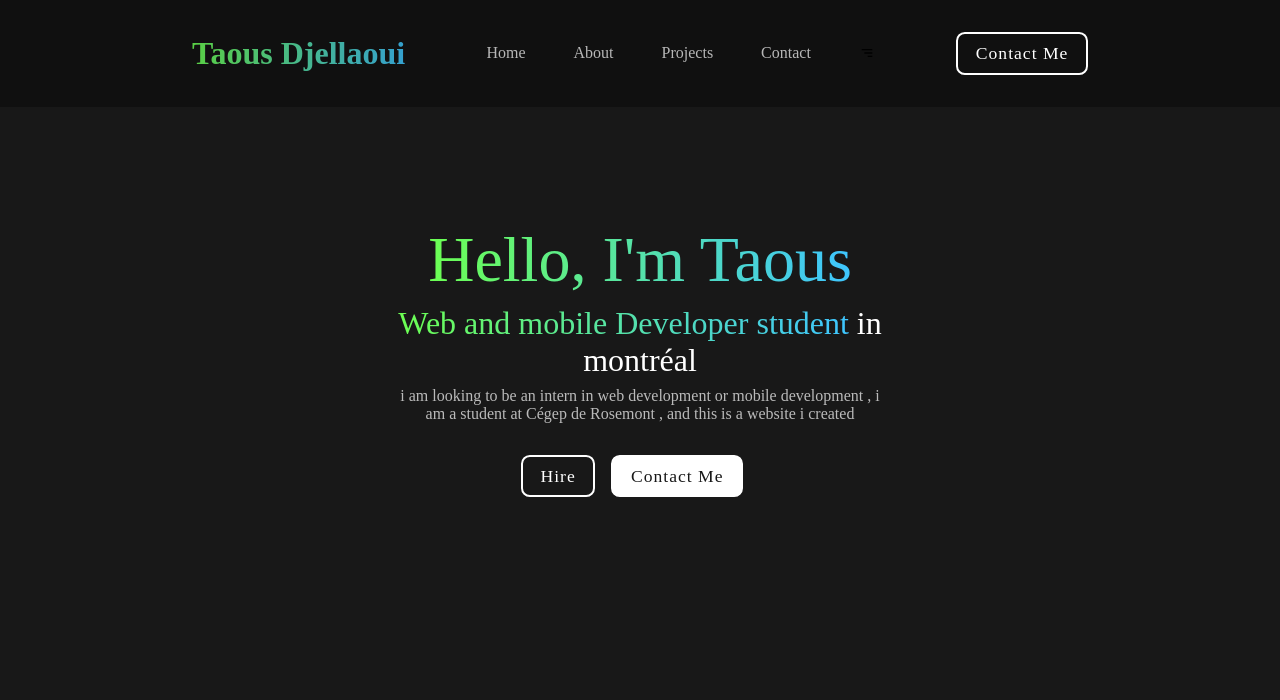
Repository: taousdjellaoui/portfolio-
Page: index.html
These files come from the project's save history. The page is drawn as it stood at one moment and after the next save; the edit follows.
The browser window is 1280 px wide. The pictures show the part of the page from y = 0 to 700 px (the page is 1440 px tall).
A picture or video elsewhere on the page could not be fetched, so the positions and the page height are approximate.

Above is the page before, as saved 2024-09-24 12:53:27.

### index.html
<!DOCTYPE html>
<html lang="en">
  <head>
    <meta charset="UTF-8" />
    <meta name="viewport" content="width=device-width, initial-scale=1.0" />
    <title>Portfolio Website</title>
    <link rel="stylesheet" href="style.css" />
    <link href='https://unpkg.com/boxicons@2.1.4/css/boxicons.min.css' rel='stylesheet'>
  </head>
  <body>
    <nav>
      <a href="#" class="logo"><span>Taous Djellaoui</span></a>
      <ul class="links">
        <a href="#home">Home</a>
        <a href="#about">About</a>
        <a href="#projects">Projects</a>
        <a href="#contact">Contact</a>
        <i class='bx bx-menu-alt-right' id="Menu"></i>
      </ul>
      <a href="#contact" class="btn">Contact Me</a>

    </nav>
    <section id="home">

      <div class="info-box">
        <h1><span>Hello, I'm Taous</span></h1>
        <h3><span>Web and mobile Developer student</span> in montréal</h3>
        <p>i am looking to be an intern in web development or mobile development , i am a student
           at Cégep de Rosemont , and this is a website i created  </p>
      </div>
      <div class="btn-box">
        <div class="btn">Hire</div>
        <div class="btn">Contact Me</div>
        <div></div>

      </div>
    </section>

    <section id="about">
      <div class="about-box">
        <div class="about-info">
          <h1><span>About Me</span></h1>
          <p>bla bla bla </p>

        </div>
        <h2><span>Skills</span></h2>
        <div class="skills">
          <ul>
            <li>
              <span><i class='bx bx-chevron-right' ></i>HTML & CSS</span>
            </li>
            <li>
              <span><i class='bx bx-chevron-right' ></i>JAVA</span>
            </li>
            <li>
              <span><i class='bx bx-chevron-right' ></i>JAVASCRIPT</span>
            </li>
            <li>
              <span><i class='bx bx-chevron-right' ></i>KOTLIN</span>
            </li>
          </ul>
          <ul>
            <li>
              <span><i class='bx bx-chevron-right' ></i>REACT & ANGULAR</span>
            </li>
            <li>
              <span><i class='bx bx-chevron-right' ></i>NODE</span>
            </li>
            <li>
              <span><i class='bx bx-chevron-right' ></i>MYSQL</span>
            </li>
            <li>
              <span><i class='bx bx-chevron-right' ></i>SPRING BOOT</span>
            </li>
          </ul>
        </div>

      </div>
      <img src="image.jpg" alt="">
    </section>


    <script src="script.js"></script>
  </body>
</html>

### style.css
* {
  margin: 0;
  padding: 0;
  box-sizing: border-box;
  text-decoration: none;
  list-style: none;
  scroll-behavior: smooth;
  font-family: "Poppins";
}
:root {
  --background: rgb(24, 24, 24);
  --second-background: rgb(21, 21, 21);
}
body{
  min-height: 100vh;
  background-color: var(--background);
}
nav{
position:fixed;
top:0;
width: 100%;
padding: 2em 15%;
display: flex;
align-items: center;
justify-content: space-between;
background-color:rgba(15,15,15,0.8);
backdrop-filter: blur(10px);
z-index: 1000;
}
ul{
  display:flex;
  align-items: center;
  gap: 3em;

}
nav ul a{
  color: white;
  opacity: 0.7;
  transition:0.2s ease-in-out;
}
nav ul a:hover{
  opacity: 1;

}
.logo{
  font-size:2em;
  color: white;
  font-weight: 800;
  opacity: 0.8;
  transition: 0.2s ease-in-out;

}
.logo:hover{
  opacity: 1;
}
.btn{
  padding : 0.5em 1em;
  color : white;
  font-weight: 500;
  letter-spacing:1px ;
  border-radius: 0.5em;
  font-size: 1.1em;
  border: 2px solid white;
  cursor: pointer;
  transition: 0.3s ease-in-out;

}
.btn:hover{
  background-color: white;
  color: var(--background);

}
span{
  background: linear-gradient(to right,#6cff52,#3ec5ff);
  background-clip: text;
  color:transparent;
}
#menu{
  color:white;
  font-size:3em;
  display:none;
}
section{
  min-height: 100vh;
  padding: 5% 15%;
}
#home{
display: flex;
flex-direction: column;
align-items:center;
justify-content: center;
gap:2em;
color:white;

}
#home img{
width:18vw;
border-radius: 1%;
margin-top: 3em;

}
.info-box{
  display: flex;
  flex-direction: column;
  text-align: center;
  gap: 0.5em;
  max-width: 500px;

}
.info-box h1{
  font-size:4em;
  font-weight: 500;
}
.info-box h3{
  font-size:2em;
  font-weight: 400;
}
.info-box p{
 opacity:0.7;
}
.btn-box{
  display: flex;
  gap: 1em;
}
.btn-box .btn:nth-of-type(2){
  background-color:white;
  color: var(--background)
}
.btn-box .btn:nth-of-type(2):hover{
  background-color: var(--background);
  color:white;

}
::-webkit-scrollbar{
  width: 20px;
  background-color: var(--background);
}
::-webkit-scrollbar-thumb{
  background: linear-gradient(to bottom,#788077,#a8b2b7);

}
#about{
  background-color: var(--second-background);
  display: flex;
  align-items:center;
  justify-content: center;
  gap: 5em;

}
#about img{
  width: 30vw;
  border-radius:1em;

}
.about-box{
  display:flex;
  flex-direction: column;
  text-align: left;
  gap: 2em;
}
.about-box h1{
  font-size: 4em;
}
.about-box p{
color:white;
opacity:0.8;
}
.skills{
  display:flex;
  text-align: left;
  gap: 10em;

}
.skills ul{
  font-size: 1em;
  font-weight: 500;
  display:flex;
  flex-direction: column;
  color:white;
  opacity:0.8;
  align-items: baseline;
}
.skills ul li span{
  display: flex;
  align-items:center;
  gap : 0.5em;
   font-size: 1.2em;
   transition:0.3s ease-in-out;
}
.skills ul li span:hover{
  transform: translateX(10px);
}
.skills ul li i{
 font-size:1.2em;

}
.about-box h2{
  font-size: 2.5em;
}

Loaded but not shown: script.js (no stored copy; drawn as an empty file)

After the next save:
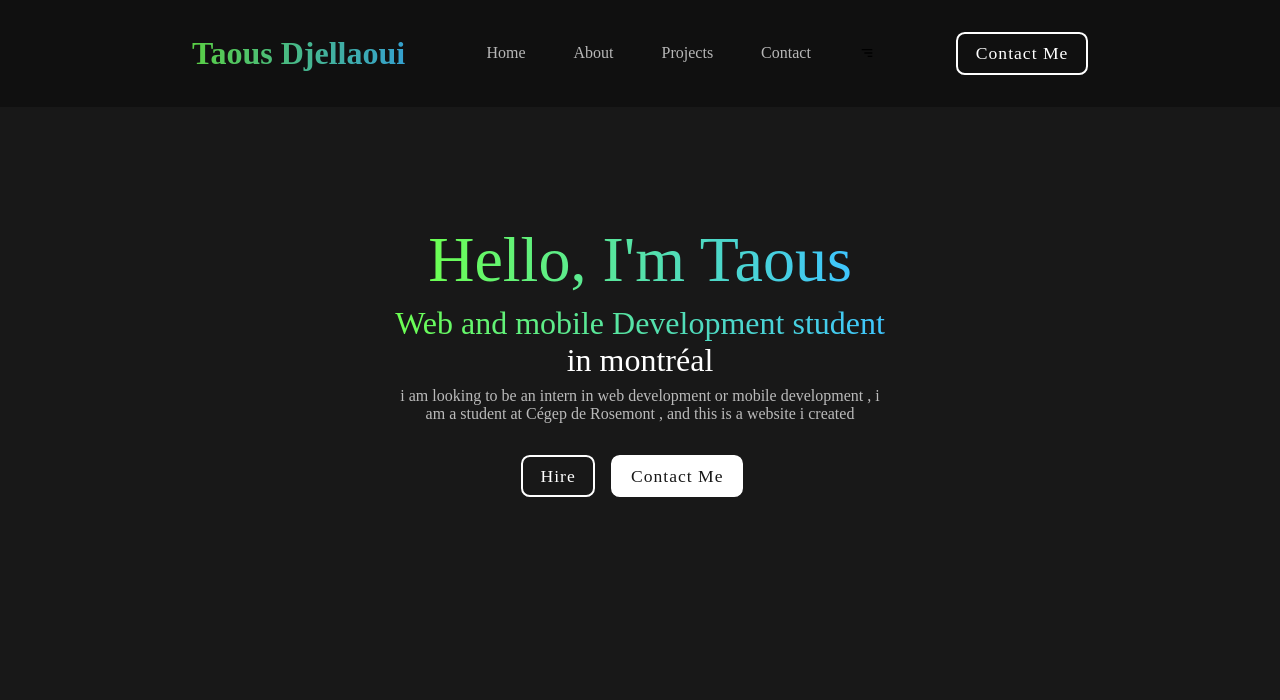
Saved 61 s later.
--- a/index.html
+++ b/index.html
@@ -24,7 +24,7 @@
 
       <div class="info-box">
         <h1><span>Hello, I'm Taous</span></h1>
-        <h3><span>Web and mobile Developer student</span> in montréal</h3>
+        <h3><span>Web and mobile Development student</span> in montréal</h3>
         <p>i am looking to be an intern in web development or mobile development , i am a student
            at Cégep de Rosemont , and this is a website i created  </p>
       </div>
